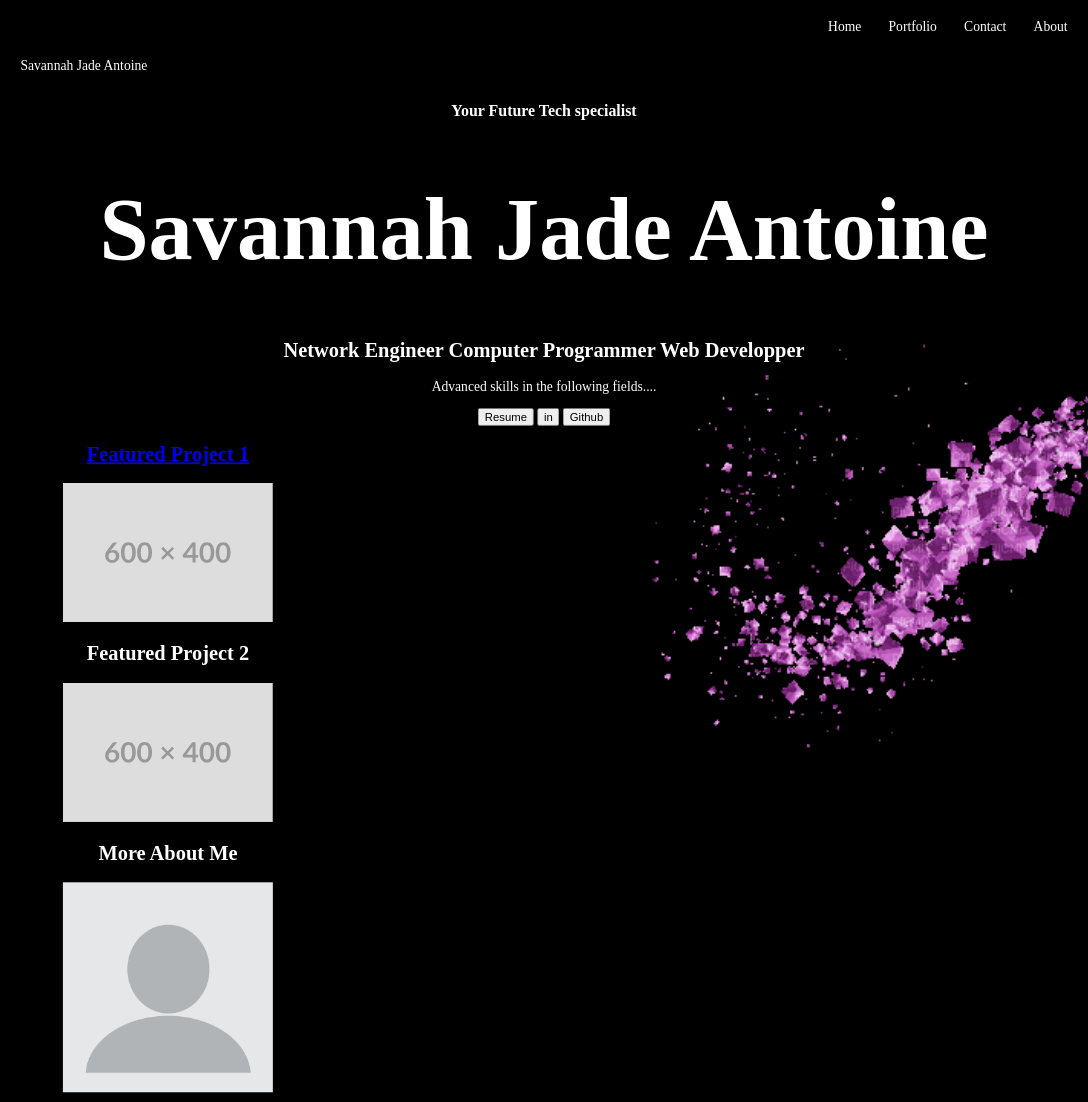
Repository: Savannah-Antoine/Savannah-Antoine
Page: index.html
An editor plug-in stored every save of this project. The page is shown before and after the next save, followed by the edit.
The browser window is 1280 px wide. The pictures show the whole page, at 85% of full size.

Above is the page before, as saved 2026-05-08 16:32:20.

### index.html
<!DOCTYPE html>
<html lang="en">
<head>
    <meta charset="UTF-8">
    <meta name="viewport" content="width=device-width, initial-scale=1.0">
    <link rel = "stylesheet" href = "./styles/index.css" />
    <link rel = "stylesheet" href = "./styles/globals.css" />
    <title>Document</title>
</head>
<body>
<header>
    <nav>
        <ul class = "navigation">
  <li><a href="index.html">Home</a></li>
  <li><a href="portfolio-name-1.html">Portfolio</a></li>
  <li><a href="contact">Contact</a></li>
  <li><a href="about.asp">About</a></li>
</ul>
        <ul class = "homeButton">
           <li><a   href = "index.html">Savannah Jade Antoine</a></li>
        </ul>
</nav>
<h3>Your Future Tech specialist</h3>
<h1> Savannah Jade Antoine</h1>
<h2>Network Engineer Computer Programmer Web Developper</h2>
<p> Advanced skills in the following fields....</p>
<button>Resume</button>
<button>in</button>
<button>Github</button>

</header>
<section >
<main class = "container">
<a href = "./pages/project-name-2.html" target = "_blank">

<h2>Featured Project 1</h2>
<img src = "./assets/images/placeholder1.svg" alt = "First Portfolio placeholder image" />

</section>
</a>
<section>
<h2>Featured Project 2</h2>
<img src = "./assets/images/placeholder1.svg" alt = "Second Portfolio placeholder image" />
</section>


<section>
<h2>More About Me</h2>
<img src = "./assets/images/profilepic.png" alt = "profile picture" />
</section>

</main>

</body>
</html>

### styles/index.css
.container{
   display:flex;
   flex-direction:column;
    justify-content: center;
    gap:2rem;


}
body h1{
    font-size: 3rem;

}

img{
    width: 65%;
    height:auto;
}

@media screen and (min-width: 768px)
{
    body h1{
    font-size: 6.5rem;
}
    section{

    width: 30%;
}

    .container{
          display:flex;
          flex-direction: row;
          flex-wrap: wrap;
          justify-content: center;

    }
}

@media screen and (min-width: 1000px)
{

}

### styles/globals.css
body {
    background-color: black;
  background-image: url(/assets/images/background-pic.gif);
  background-repeat: no-repeat;
  background-size: cover;
  color: white;
  font-size: 16px;
  text-align: center;
}



.homeButton{
  list-style-type: none;
  margin: 0;
  padding: 0;
  display: flex;
  justify-content: left;

}


.navigation {
  list-style-type: none;
  margin: 0;
  padding: 0;
  display: flex;
  justify-content: right;
}
li a {
  display: block;
  color: white;
  padding: 14px 16px;
  text-decoration: none;
}

ul li a:hover {
  background-color: #be6c6c;
}

After the next save:
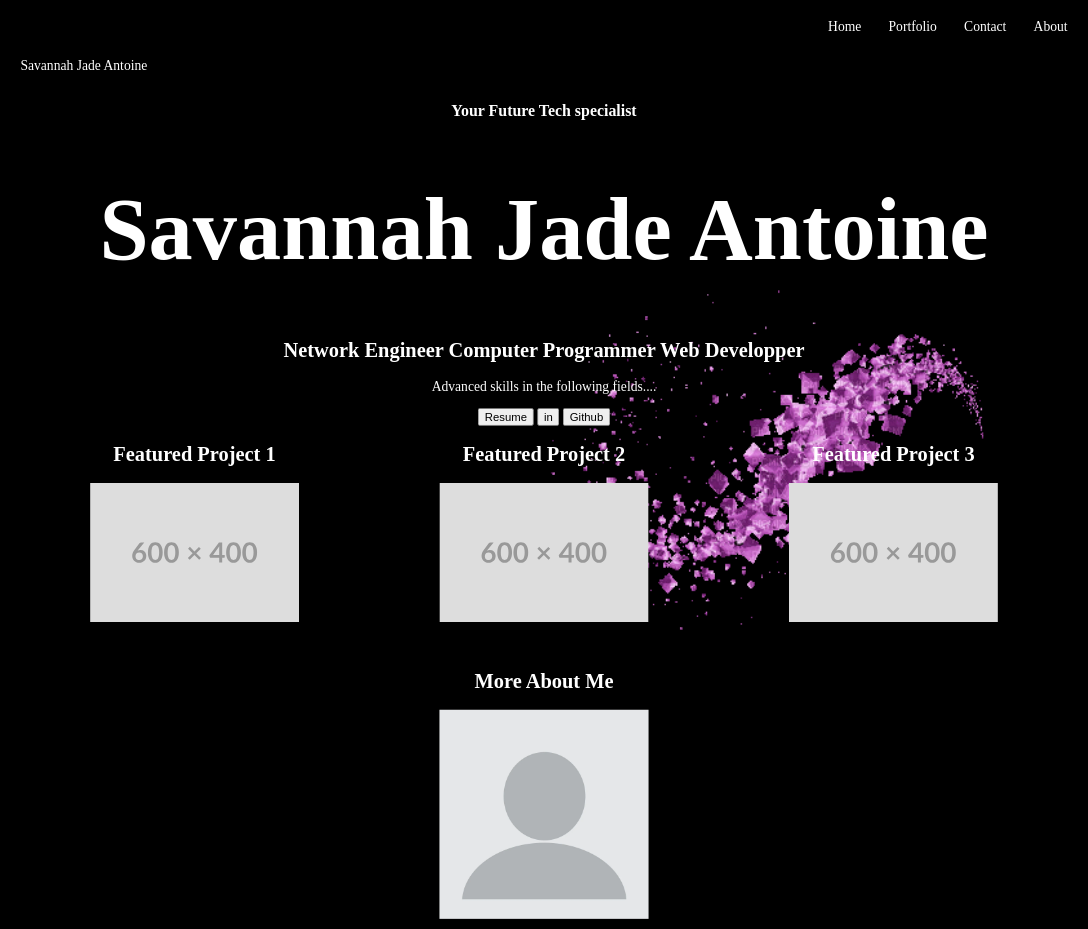
Saved 65 s later.
--- a/index.html
+++ b/index.html
@@ -12,7 +12,7 @@
     <nav>
         <ul class = "navigation">
   <li><a href="index.html">Home</a></li>
-  <li><a href="portfolio-name-1.html">Portfolio</a></li>
+  <li><a href="portfolioPage.html">Portfolio</a></li>
   <li><a href="contact">Contact</a></li>
   <li><a href="about.asp">About</a></li>
 </ul>
@@ -29,20 +29,22 @@
 <button>Github</button>
 
 </header>
+<main class = "container">
+
 <section >
-<main class = "container">
-<a href = "./pages/project-name-2.html" target = "_blank">
-
 <h2>Featured Project 1</h2>
 <img src = "./assets/images/placeholder1.svg" alt = "First Portfolio placeholder image" />
 
 </section>
-</a>
+
 <section>
 <h2>Featured Project 2</h2>
 <img src = "./assets/images/placeholder1.svg" alt = "Second Portfolio placeholder image" />
 </section>
-
+<section>
+<h2>Featured Project 3</h2>
+<img src = "./assets/images/placeholder1.svg" alt = "Third Portfolio placeholder image" />
+</section>
 
 <section>
 <h2>More About Me</h2>
